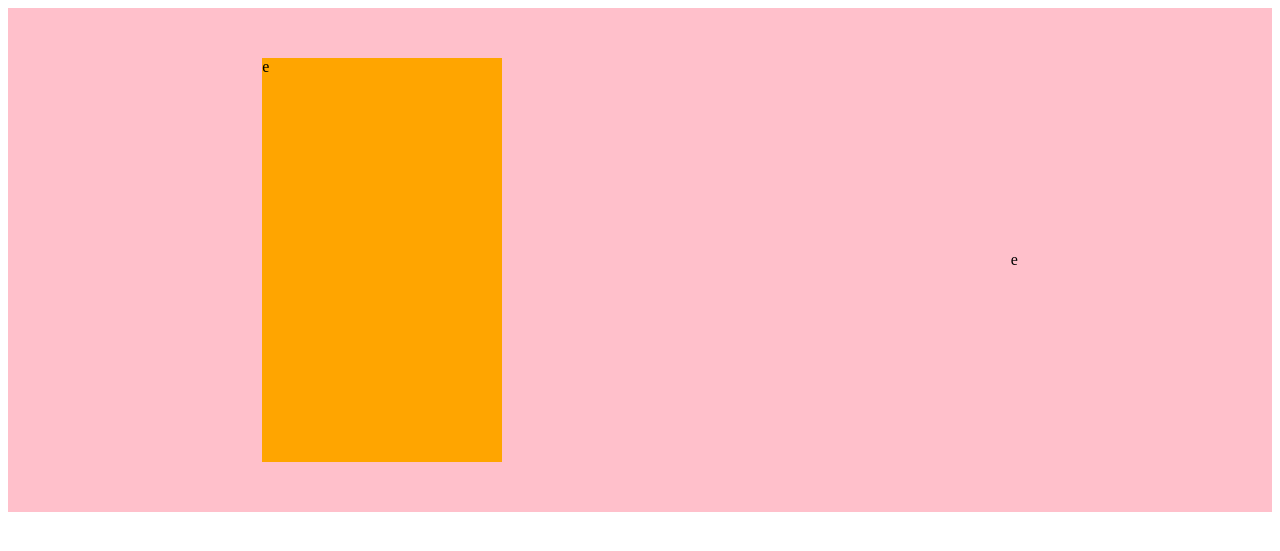
Repository: mel-in-a/vinted-front-clone
Page: html/offer.html
The author's editor kept a copy of each file at every save. The page is drawn from the files as they stood at one save, then again after the next save.
The browser window is 1280 px wide. The pictures show the whole page.

Above is the page before, as saved 2021-07-29 16:20:01.

After the next save:
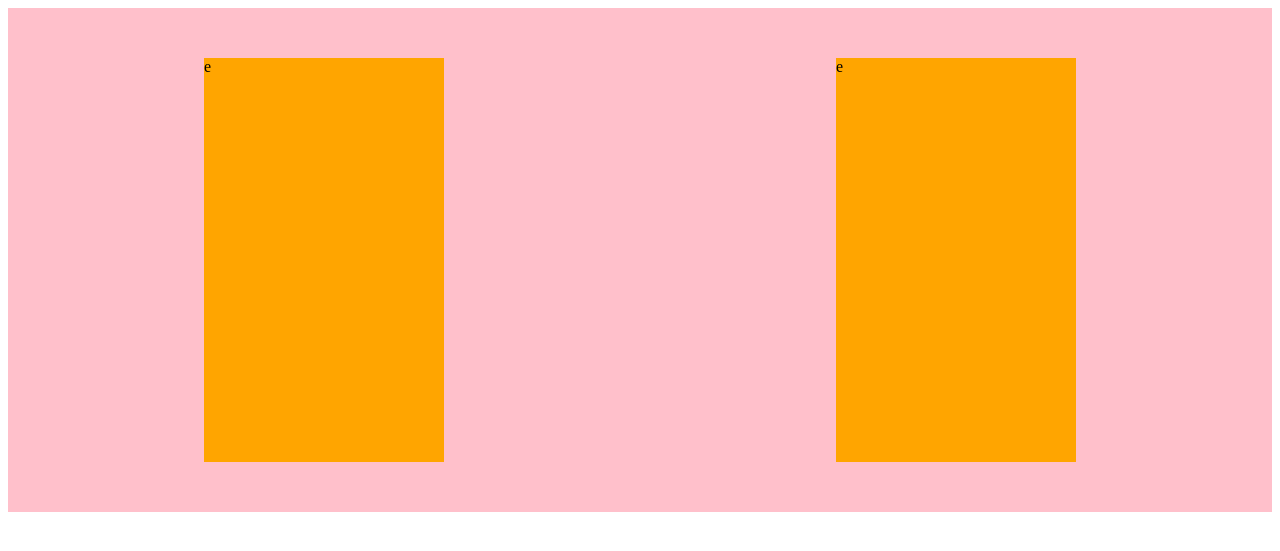
Saved 6 s later.
--- a/html/offer.css
+++ b/html/offer.css
@@ -8,7 +8,7 @@
 
   }
 
-  .left, .rigth {
+  .left, .right {
     width: 15rem;
     background-color: orange;
     height: 80%;
